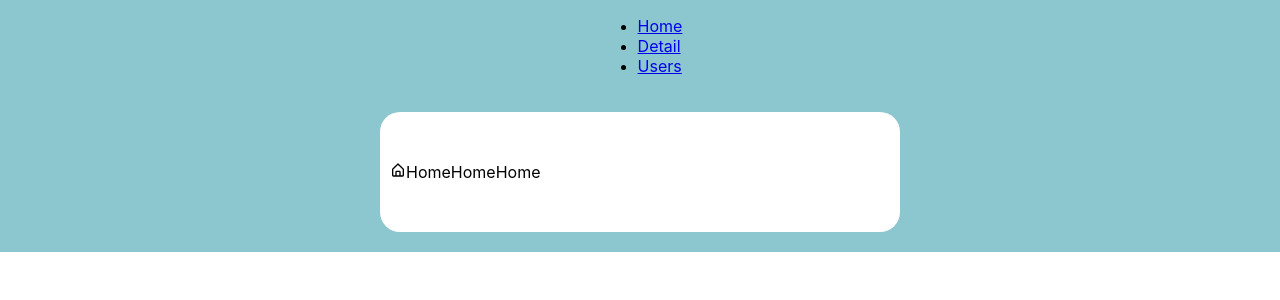
Repository: lethinh2003/pokemon_reactjs
Page: /
The author's editor kept a copy of each file at every save. The page is drawn from the files as they stood at one save, then again after the next save.
The browser window is 1280 px wide. The pictures show the whole page.
The page's requests for data from a server got no answer. The project was rebuilt for these pictures with package versions that can differ from the ones it lists, and the page was loaded fresh each time. A package was used in the major version that the imports need, not the one package.json lists. No one was signed in, and anything a server would have sent is missing. Also part of the build but not shown: src/App.css, src/view/Pokemon.scss, src/styles/pokemonDetail.scss, src/view/PokemonDetail.jsx.

Above is the page before, as saved 2021-11-28 11:11:44.

After the next save:
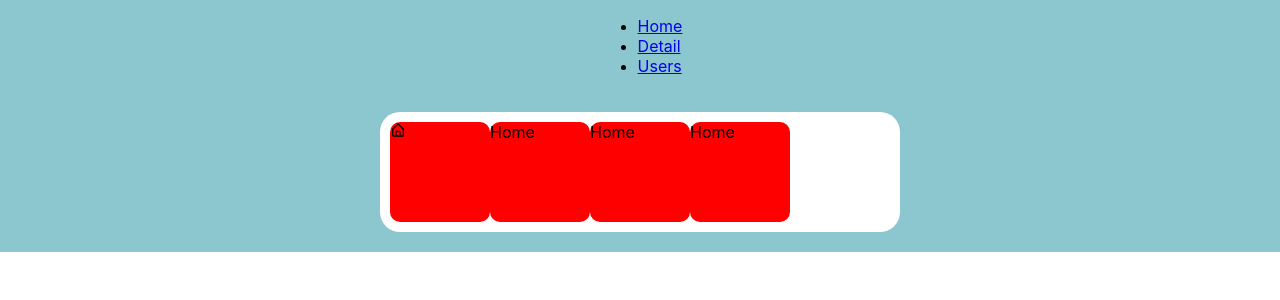
Saved 44 s later.
--- a/src/styles/nav.scss
+++ b/src/styles/nav.scss
@@ -7,4 +7,10 @@
   padding: 10px;
   display: flex;
   align-items: center;
+  & .home {
+    width: 100px;
+    height: 100px;
+    background-color: red;
+    border-radius: 10px;
+  }
 }
